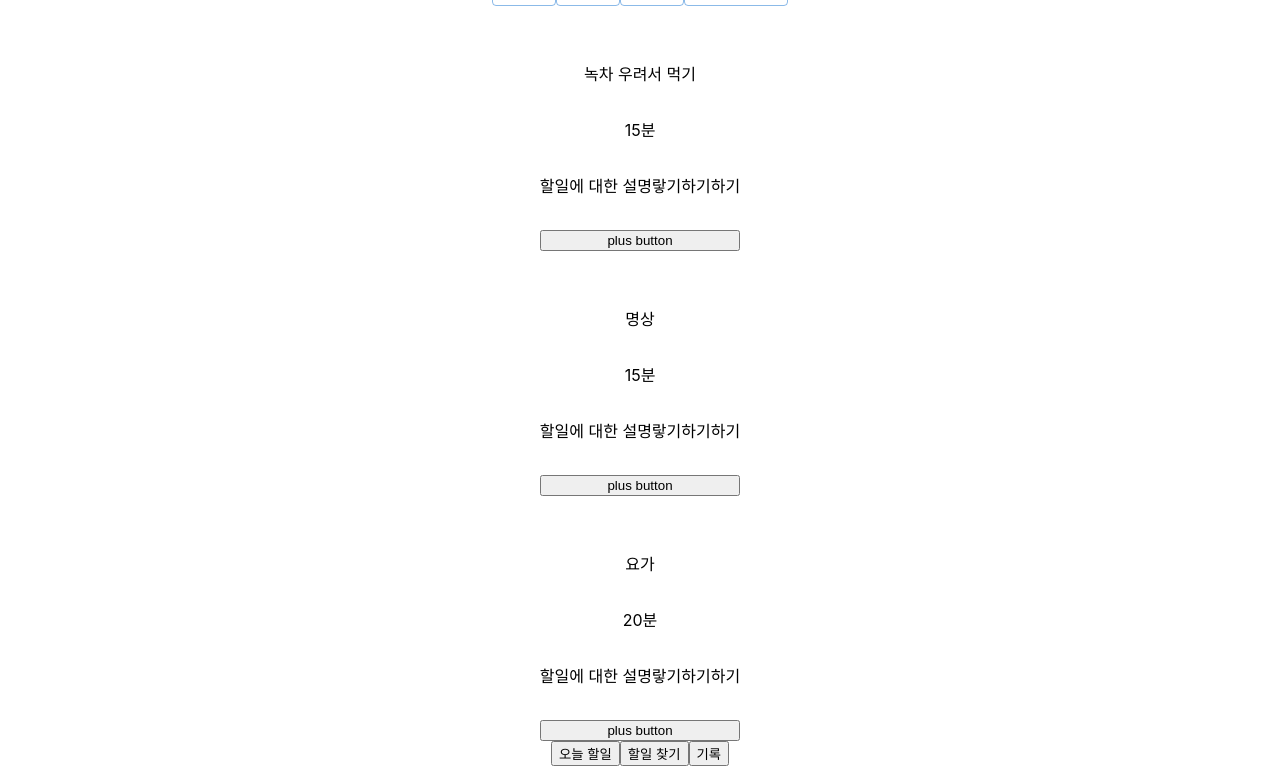
Repository: Tickley-Team/Tickley
Page: /todos/find
The author's editor kept a copy of each file at every save. The page is drawn from the files as they stood at one save, then again after a run of saves.
The browser window is 1280 px wide. The pictures show the whole page.
The project was rebuilt for these pictures with package versions that can differ from the ones it lists, and the page was loaded fresh each time. Also part of the build but not shown: vite.config.ts, src/pages/Todos.tsx, src/pages/SurveySpareTime/index.tsx, src/pages/Home.tsx, src/hooks/useOnboarding.ts, src/pages/OnboardingPage.tsx, src/components/TodoMemoryDatePopup.tsx, src/components/TodoMemoryColorStandardPopup.tsx and 4 more.

Above is the page before, as saved 2024-12-08 18:44:07.

### index.html
<!doctype html>
<html lang="en">
  <head>
    <meta charset="UTF-8" />
    <link rel="icon" type="image/svg+xml" href="/vite.svg" />
    <meta name="viewport" content="width=device-width, initial-scale=1.0" />
    <title>티클리</title>
  </head>
  <body>
    <div id="root"></div>
    <script type="module" src="/src/main.tsx"></script>
  </body>
</html>

### src/index.css
:root {
  font-family: Inter, system-ui, Avenir, Helvetica, Arial, sans-serif;
  line-height: 1.5;
  font-weight: 400;

  color-scheme: light dark;

  font-synthesis: none;
  text-rendering: optimizeLegibility;
  -webkit-font-smoothing: antialiased;
  -moz-osx-font-smoothing: grayscale;
}

### src/App.tsx
import './App.css'

import Todos from './pages/Todos'
import TodosFind from './pages/TodosFind'
import SurveySpareTime from './pages/SurveySpareTime'
import Home from './pages/Home'
import OnboardingPage from './pages/OnboardingPage'
import TodosMemory from './pages/TodosMemory'
import ProgressTimer from './pages/ProgressTimer'
import CompletedTimer from './pages/CompletedTimer'
import { fetchRecommendTodos } from './api/fetchRecommendTodos'
import { createBrowserRouter, RouterProvider } from 'react-router'

function App() {
  const isProduction = process.env.NODE_ENV === 'production'
  const basename = isProduction ? '/Tickley' : '/'

  const router = createBrowserRouter(
    [
      {
        path: '/',
        element: <Home />,
      },
      {
        path: '/todos',
        element: <Todos />,
      },
      {
        path: '/todos/find',
        element: <TodosFind />,
        loader: () =>
          fetchRecommendTodos(
            `${import.meta.env.BASE_URL}data/todoRecommendData.json`,
          ),
      },
      {
        path: '/todos/memory',
        element: <TodosMemory />,
      },
      {
        path: '/survey',
        element: <SurveySpareTime />,
      },
      {
        path: '/onboarding/:onboardingId',
        element: <OnboardingPage />,
      },
      {
        path: '/timer/progress',
        element: <ProgressTimer />,
      },
      {
        path: '/timer/completed',
        element: <CompletedTimer />,
      },
    ],
    {
      basename,
    },
  )

  return (
    <div className="App">
      <RouterProvider router={router} />
    </div>
  )
}

export default App

### src/App.css
#root {
  /* max-width: 1280px; */
  margin: 0 auto;
  text-align: center;
}

### src/pages/TodosFind.tsx
import { useLoaderData, Link } from 'react-router'
import { Box, Button, Stack } from '@mui/material'
import { useFilterTodos } from '../hooks/useFilteredTodos'
import { useLocalStorage } from '../hooks/useLocalStorage'
import { DateNowToUnix } from '../utils'
import {
  CategoryNames,
  RecommendTodo,
  TodoItem,
  TodoRecommendItemType,
} from '../types'
import { MobileLayout } from '../layout/MobileLayout'

const TodosFind = () => {
  const todosMockData = useLoaderData<RecommendTodo[]>()?.map((todo) => ({
    ...todo,
    estimateTime: Number(todo.estimateTime),
  }))
  const { categoryNames, setCategoryName, filteredTodos } =
    useFilterTodos(todosMockData)

  const { addToStoredValue } = useLocalStorage<TodoItem[]>('todos', [])

  const addTodo = (selectedRecommendTodo: RecommendTodo) => {
    addToStoredValue({
      title: selectedRecommendTodo.title,
      estimateTime: selectedRecommendTodo.estimateTime,
      itemStatus: 'ready',
      registeredDate: DateNowToUnix(),
    })
  }
  return (
    <MobileLayout>
      <CategoryBar categoryNames={categoryNames} onClick={setCategoryName} />
      <TodoList list={filteredTodos} onAddTodo={addTodo} />
      <div>
        <div>
          <Link to="/todos">
            <button>오늘 할일</button>
          </Link>
          <Link to="/todos/find">
            <button>할일 찾기</button>
          </Link>
          <Link to="/todos/memory">
            <button>기록</button>
          </Link>
        </div>
      </div>
    </MobileLayout>
  )
}

export default TodosFind

export const TodoList = ({
  list,
  onAddTodo,
}: {
  list: RecommendTodo[]
  onAddTodo: (todo: RecommendTodo) => void
}) => {
  return (
    <>
      {list.map((todo) => (
        <TodoRecommendItem
          key={todo.id}
          {...todo}
          onClick={() => onAddTodo(todo)}
        />
      ))}
    </>
  )
}
type CategoryBarProps = {
  categoryNames: CategoryNames
  onClick: (e: string) => void
}
export const CategoryBar = ({ categoryNames, onClick }: CategoryBarProps) => {
  return (
    <Box sx={{ display: 'flex' }}>
      {categoryNames.map((categoryName, idx) => (
        <Button
          key={`${categoryName}_${idx}`}
          variant="outlined"
          onClick={() => onClick(categoryName)}
        >
          {categoryName}
        </Button>
      ))}
    </Box>
  )
}

export type TodoRecommendItemProps = TodoRecommendItemType & {
  onClick: (e: React.MouseEvent<HTMLButtonElement>) => void
}
export const TodoRecommendItem = ({
  title,
  estimateTime,
  onClick,
}: TodoRecommendItemProps) => {
  return (
    <Stack direction={{ xs: 'column' }} spacing={{ xs: 1, sm: 2, md: 4 }}>
      <div className={'icon'}>
        <img src="" />
      </div>

      <p>{title}</p>
      <span>{estimateTime}분</span>
      <p>할일에 대한 설명랗기하기하기 </p>

      <button onClick={onClick}>plus button</button>
    </Stack>
  )
}

### src/api/fetchRecommendTodos.ts
import { RecommendTodo } from '../types'

export const fetchRecommendTodos = async (
  path: string,
): Promise<Array<RecommendTodo>> => {
  try {
    const response = await fetch(path)
    if (!response.ok) {
      throw new Error(`HTTP error! status: ${response.status}`)
    }
    return response.json()
  } catch (error) {
    if (error instanceof Error) {
      throw new Error(`데이터 로드 실패: ${error.message}`)
    }
    throw new Error('알 수 없는 에러가 발생했습니다')
  }
}

### src/hooks/useFilteredTodos.tsx
import { useRecommendTodoFilterStore } from '../stores/recommendTodoFilterStore'
import { RecommendTodo } from '../types'
import { useCategoryNames } from './useCategoryNames'

export const useFilterTodos = (todos: Array<RecommendTodo>) => {
  const { spareTime, categoryName, setCategoryName } =
    useRecommendTodoFilterStore()

  const categoryNames = useCategoryNames(todos)

  const filteredTodos = todos.filter(
    (todo) =>
      todo.categoryName === categoryName &&
      Number(todo.estimateTime) <= spareTime,
  )

  return { filteredTodos, categoryNames, setCategoryName, spareTime }
}

### src/hooks/useLocalStorage.ts
import { useState } from 'react'

export const useLocalStorage = <T>(key: string, initialValue: T) => {
  const [value, setValue] = useState<T>(() => {
    const storedValue = localStorage.getItem(key)
    // 로컬스토리지 값이 없으면 초기값 사용, 값이 있으면 JSON으로 파싱
    const data = storedValue ? JSON.parse(storedValue) : initialValue
    // 데이터 타입이 맞는지 확인하고 아니라면 초기값으로 설정
    if (Array.isArray(data)) {
      return data as T // 배열일 때만 배열로 반환
    }
    return initialValue // 배열이 아니면 초기값으로 설정
  })

  const addToStoredValue = (newItem: T extends Array<infer U> ? U : T) => {
    const updatedValue: T = (
      Array.isArray(value) ? [...value, newItem] : newItem
    ) as T

    setValue(updatedValue)
    localStorage.setItem(key, JSON.stringify(updatedValue))
  }

  return { value, addToStoredValue }
}

### src/utils.ts
export const delay: (ms: number) => Promise<boolean> = (ms: number) => {
  return new Promise((resolve) => {
    setTimeout(() => {
      resolve(true)
    }, ms)
  })
}

export const DateNowToUnix = () => Math.floor(Date.now() / 1000)

### src/layout/MobileLayout.tsx
import { Container } from '@mui/material'

export const MobileLayout = ({
  children,
  ...restProps
}: {
  children: React.ReactNode
}) => {
  return (
    <Container
      sx={{
        maxWidth: '375px', // 최대 너비 375px
        margin: '0 auto',
        backgroundColor: 'white',
        height: '100vh',
        display: 'flex', // Flexbox를 사용하여 콘텐츠 정렬
        flexDirection: 'column',
        justifyContent: 'center',
        alignItems: 'center',
        '@media (min-width: 1200px)': {
          maxWidth: '375px', // 1200px 이상에서도 375px 고정
        },
      }}
      {...restProps}
    >
      {/* 여기에 콘텐츠를 추가 */}
      {children}
    </Container>
  )
}

### src/stores/recommendTodoFilterStore.ts
import { create } from 'zustand'

interface RecommendTodoFilterStore {
  categoryName: string
  spareTime: number
  setSpareTime: (spareTime: number) => void
  setCategoryName: (categoryName: string) => void
}
export const useRecommendTodoFilterStore = create<RecommendTodoFilterStore>()(
  (set) => ({
    categoryName: '휴식',
    spareTime: 25,
    setSpareTime: (spareTime) => set({ spareTime }),
    setCategoryName: (categoryName) => set({ categoryName }),
  }),
)

### src/hooks/useCategoryNames.tsx
import { useMemo } from 'react'
import { RecommendTodo } from '../types'

export const useCategoryNames = (todos: RecommendTodo[]): string[] => {
  return useMemo(
    () => Array.from(new Set(todos.map((todo) => todo.categoryName))),
    [todos],
  )
}

### public/data/todoRecommendData.json
[
  {
    "id": 1,
    "title": "녹차 우려서 먹기",
    "categoryCode": "1",
    "categoryName": "휴식",
    "estimateTime": "15"
  },
  {
    "id": 2,
    "title": "명상",
    "categoryCode": "1",
    "categoryName": "휴식",
    "estimateTime": "15"
  },
  {
    "id": 3,
    "title": "요가",
    "categoryCode": "1",
    "categoryName": "휴식",
    "estimateTime": "20"
  },
  {
    "id": 4,
    "title": "헬스",
    "categoryCode": "2",
    "categoryName": "운동",
    "estimateTime": "30"
  },
  {
    "id": 5,
    "title": "달리기",
    "categoryCode": "2",
    "categoryName": "운동",
    "estimateTime": "20"
  },
  {
    "id": 6,
    "title": "영어회화",
    "categoryCode": "3",
    "categoryName": "공부",
    "estimateTime": "20"
  },
  {
    "id": 7,
    "title": "리액트 공식문서 읽기",
    "categoryCode": "3",
    "categoryName": "공부",
    "estimateTime": "15"
  },
  {
    "id": 8,
    "title": "주식",
    "categoryCode": "4",
    "categoryName": "부업/재테크",
    "estimateTime": "20"
  },
  {
    "id": 9,
    "title": "캐시워크",
    "categoryCode": "4",
    "categoryName": "부업/재테크",
    "estimateTime": "10"
  }
]

### src/components/RangeSlider.tsx
import styled from '@emotion/styled'
import { Box, Slider, SliderProps, Typography } from '@mui/material'
import { useRecommendTodoFilterStore } from '../stores/recommendTodoFilterStore'

type RangeSliderProps = Partial<SliderProps>

const RangeMapper = [
  { value: 5, label: '5분 이하', displayText: '5분 이하' },
  { value: 25, label: '', displayText: '5분~15분' },
  { value: 50, label: '', displayText: '15분~25분' },
  { value: 75, label: '', displayText: '25분~35분' },
  { value: 100, label: '40분 이상', displayText: '40분 이상' },
]

export const RangeSlider = ({ ...restProps }: RangeSliderProps) => {
  const { spareTime, setSpareTime } = useRecommendTodoFilterStore()

  const handleChange = (
    event: Event,
    value: number | number[],
    activeThumb: number,
  ) => {
    setSpareTime(value as number)
    console.log('value ', value, activeThumb)
  }

  const marks = RangeMapper.map(({ value, label }) => ({
    value,
    label,
  }))
  return (
    <Box width={'100%'}>
      <Typography sx={{ mb: 1, color: '#666666' }}>
        {/* TODO: refactor 연산 */}
        {RangeMapper.find(({ value }) => value === spareTime)?.displayText}
      </Typography>
      <CustomSlider
        defaultValue={25}
        marks={marks}
        step={null}
        onChange={handleChange}
        {...restProps}
      />
    </Box>
  )
}

const CustomSlider = styled(Slider)({
  height: 8,
  padding: 0,
  '& .MuiSlider-rail': {
    opacity: 1,
    backgroundColor: '#E0E0E0', // gray300
  },
  '& .MuiSlider-track': {
    border: 'none',
    backgroundColor: '#00A76F', // pri500
  },
  '& .MuiSlider-thumb': {
    height: 24,
    width: 24,
    backgroundColor: '#00A76F', // pri500
    border: '2px solid #fff',
    '&:focus, &:hover, &.Mui-active, &.Mui-focusVisible': {
      boxShadow: 'inherit',
    },
    '&:before': {
      display: 'none',
    },
  },
  '& .MuiSlider-mark': {
    backgroundColor: '#F2F2F2', // gray200
    height: 8,
    width: 8,
    borderRadius: '50%',
    marginTop: 0,
  },
})

Loaded but not shown: src/main.tsx (common file)

After the next 2 saves:
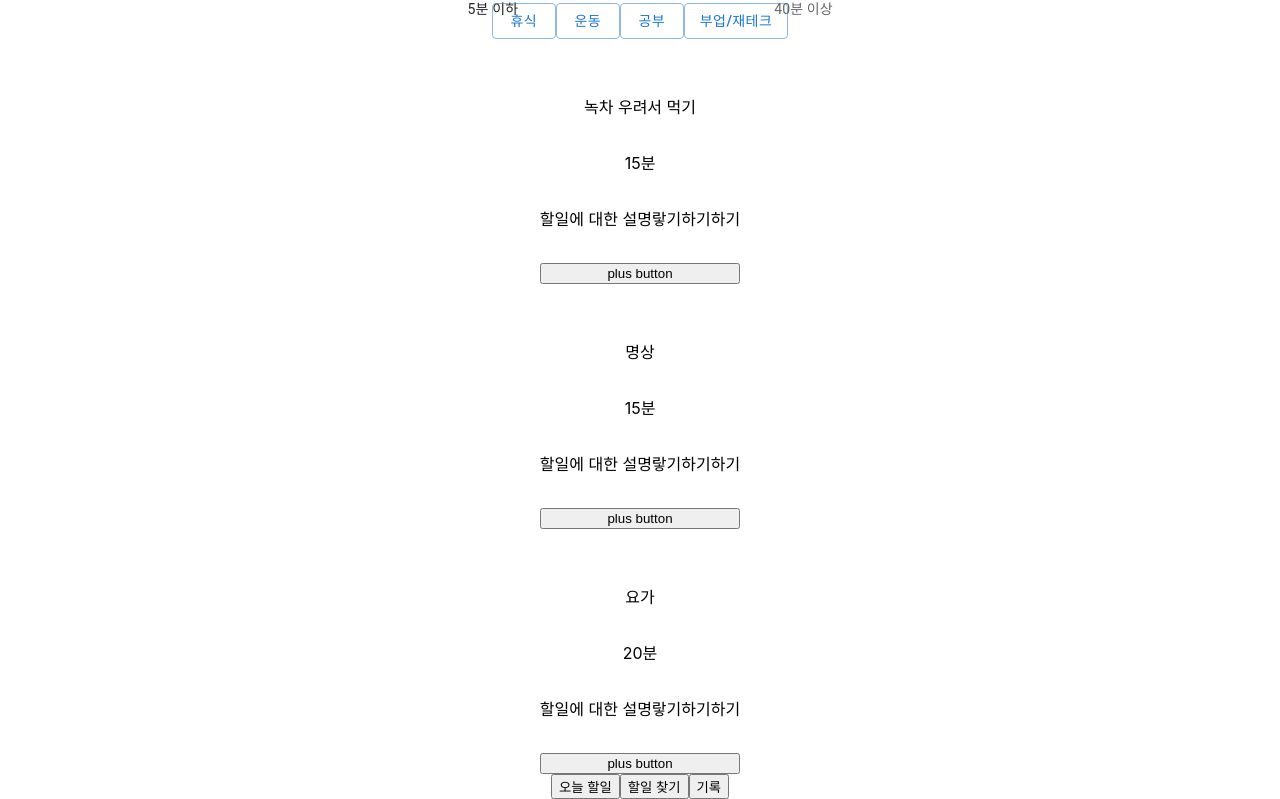
The 2 saves are shown as one change because they came seconds apart.
The last was saved 12 s later.
--- a/src/pages/TodosFind.tsx
+++ b/src/pages/TodosFind.tsx
@@ -10,6 +10,7 @@ import {
   TodoRecommendItemType,
 } from '../types'
 import { MobileLayout } from '../layout/MobileLayout'
+import { RangeSlider } from '../components/RangeSlider'
 
 const TodosFind = () => {
   const todosMockData = useLoaderData<RecommendTodo[]>()?.map((todo) => ({
@@ -31,6 +32,7 @@ const TodosFind = () => {
   }
   return (
     <MobileLayout>
+      <RangeSlider />
       <CategoryBar categoryNames={categoryNames} onClick={setCategoryName} />
       <TodoList list={filteredTodos} onAddTodo={addTodo} />
       <div>
